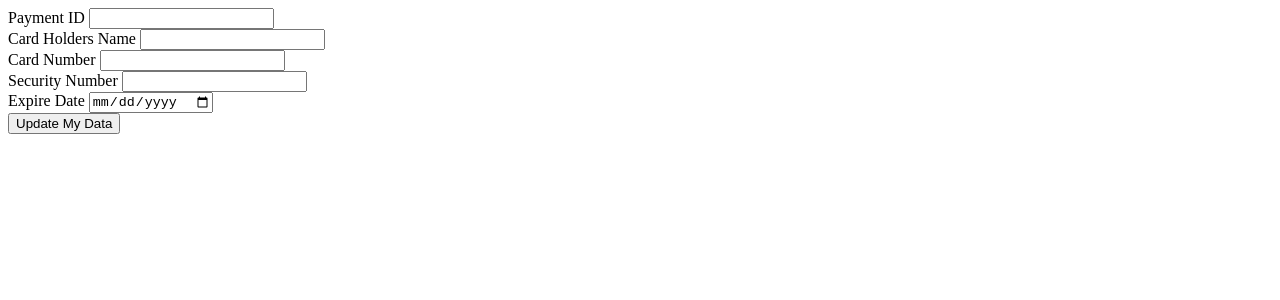
Repository: sandeepa9803/OOP---Online-Travel-web-application
Page: http://localhost/PaymentNew/updatepayment.jsp
These files come from the project's save history. The page is drawn as it stood at one moment and after the next save; the edit follows.
The browser window is 1280 px wide. The pictures show the whole page.
The page is served by Tomcat 9. Other server files are loaded and not shown.

Above is the page before, as saved 2021-10-09 21:55:46.

### PaymentNew/WebContent/updatepayment.jsp
<%@ page language="java" contentType="text/html; charset=ISO-8859-1"
    pageEncoding="ISO-8859-1"%>
<!DOCTYPE html>
<html>
<head>
<meta charset="ISO-8859-1">
<title>Insert title here</title>
</head>
<body>

    <form action="#" method ="post" >
    Payment ID <input type ="text" name="payid" value=""><br>
    Card Holders Name <input type ="text" name="cardholder" value=""><br>
    Card Number <input type ="number" name="cardnum" value=""><br>
    Security Number <input type ="number" name="cvcnum" value=""><br>
    Expire Date <input type ="date" name="date" value=""><br>

    <input type ="submit" name="submit" value="Update My Data"><br>
    </form>

</body>
</html>

After the next save:
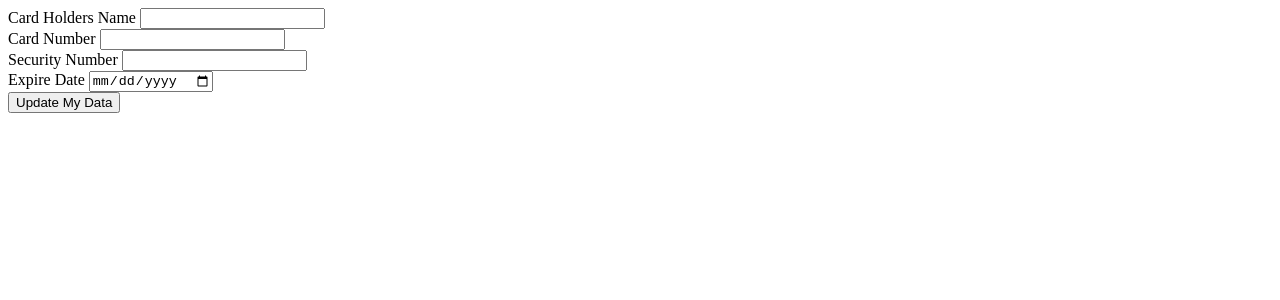
Saved 105 s later.
--- a/PaymentNew/WebContent/updatepayment.jsp
+++ b/PaymentNew/WebContent/updatepayment.jsp
@@ -9,7 +9,6 @@
 <body>
 
     <form action="#" method ="post" >
-    Payment ID <input type ="text" name="payid" value=""><br>
     Card Holders Name <input type ="text" name="cardholder" value=""><br>
     Card Number <input type ="number" name="cardnum" value=""><br>
     Security Number <input type ="number" name="cvcnum" value=""><br>
